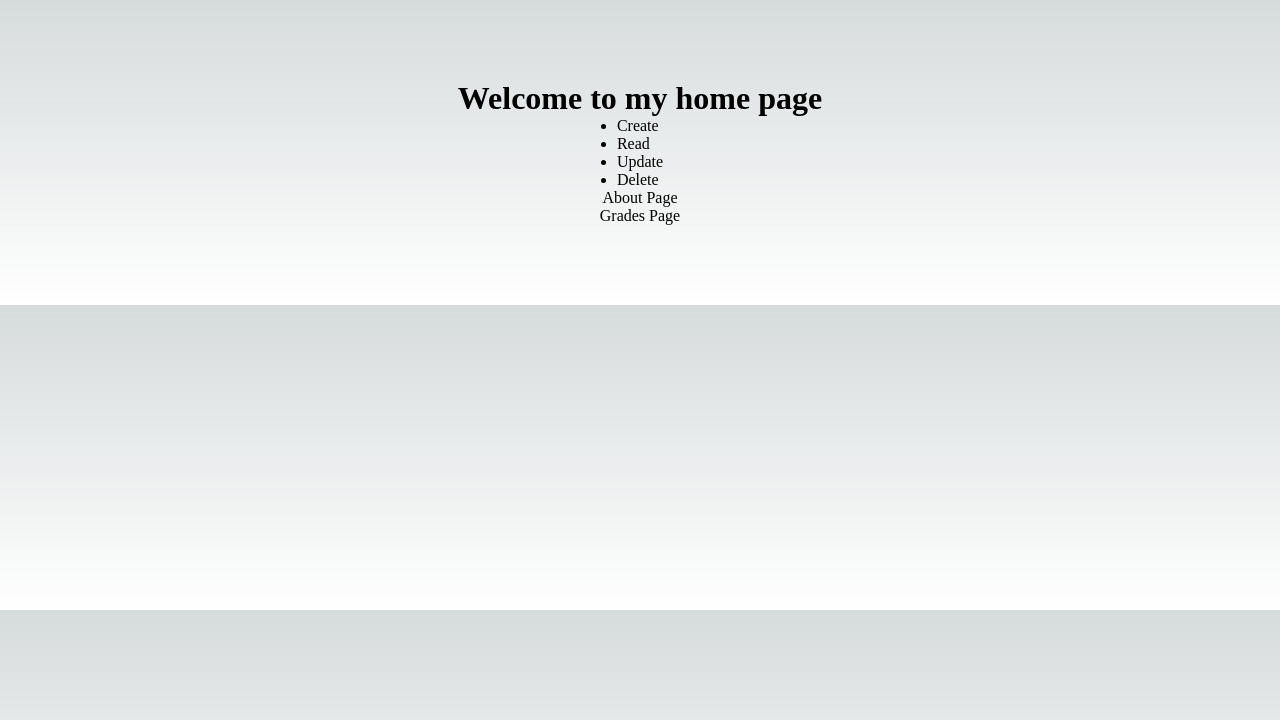
Repository: juliet-jskim/dynamic-week4-inclassplaywright
Page: /
The author's editor kept a copy of each file at every save. The page is drawn from the files as they stood at one save, then again after the next save.
The browser window is 1280 px wide. The pictures show the whole page.
The project was rebuilt for these pictures with package versions that can differ from the ones it lists, and the page was loaded fresh each time. The framework's server and built-in components were replaced by stand-ins that run in the browser. Also part of the build but not shown: next.config.js.

Above is the page before, as saved 2023-01-23 11:03:39.

After the next save:
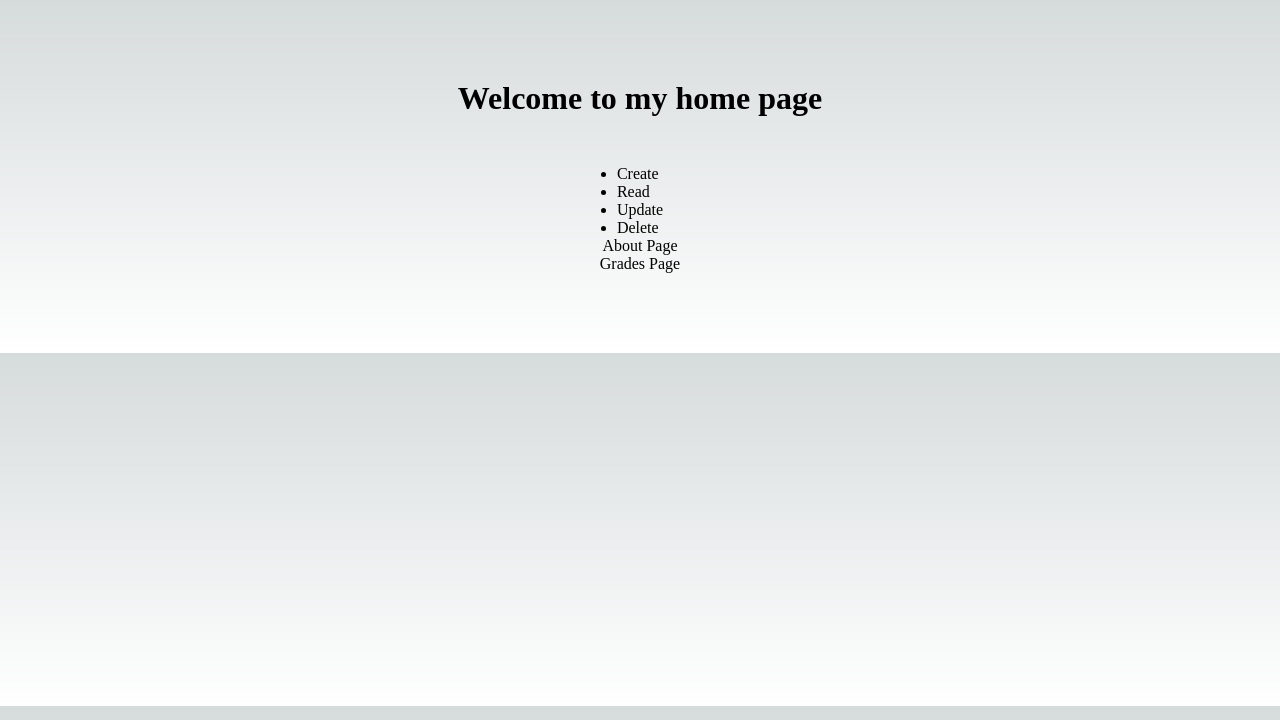
Saved 82 s later.
--- a/pages/index.js
+++ b/pages/index.js
@@ -16,12 +16,16 @@ export default function Home() {
       </Head>
       <main className={styles.main}>
         <h1>Welcome to my home page</h1>
-        <ul>
+
+        <div className={styles.grid}>
+          <ul>
           <li>Create</li>
           <li>Read</li>
           <li>Update</li>
           <li>Delete</li>
         </ul>
+        </div>
+
 
         <a href='http://localhost:3000/about'>About Page</a>
 
